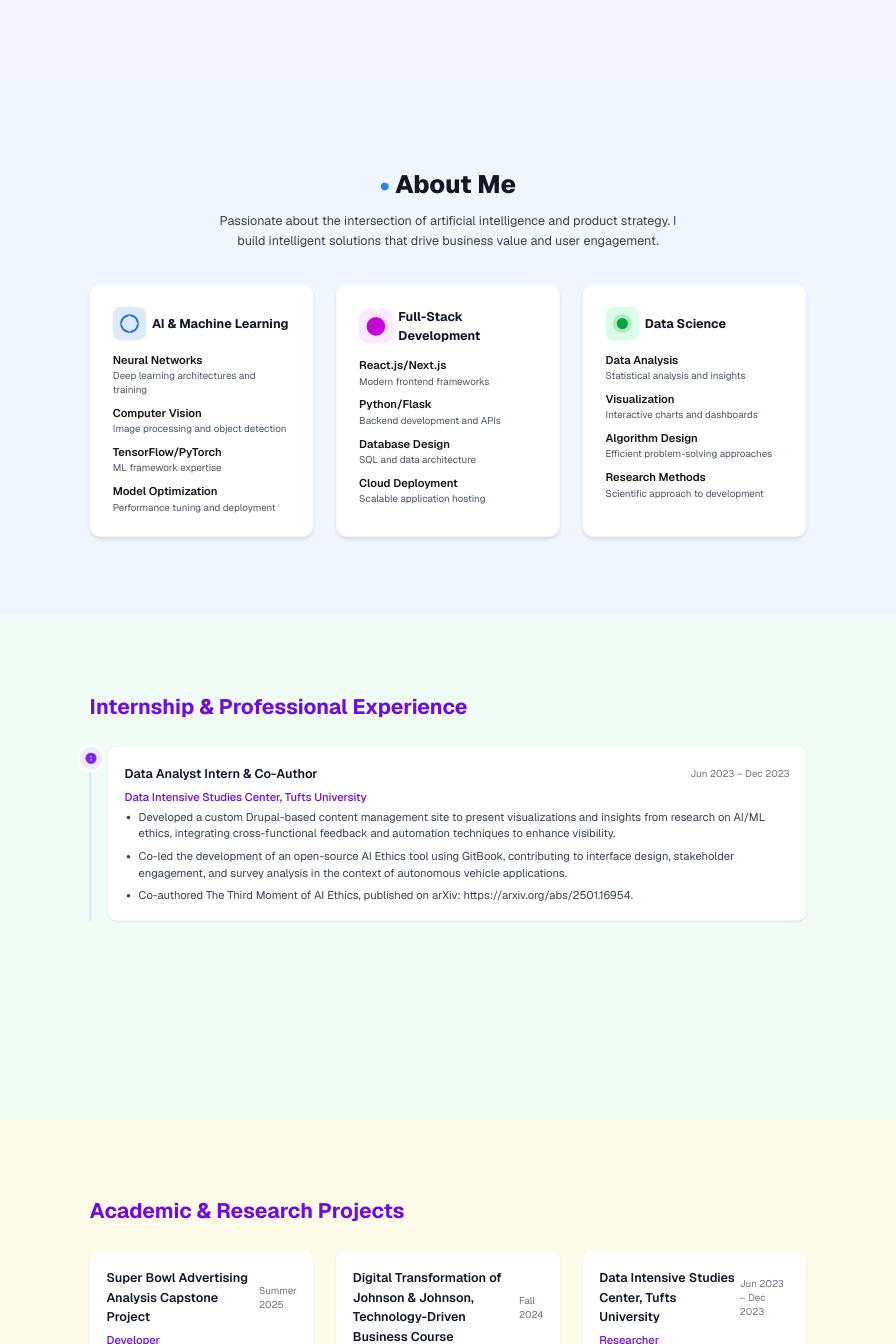
Repository: winniewyl/personal-portfolio
Page: /
These files come from the project's save history. The page is drawn as it stood at one moment and after the next save; the edit follows.
The browser window is 1280 px wide. The pictures show the part of the page from y = 685 to 2605 px (the page is 4197 px tall before and 4195 px after), at 70% of full size.
The project was rebuilt for these pictures with package versions that can differ from the ones it lists, and the page was loaded fresh each time. The framework's server and built-in components were replaced by stand-ins that run in the browser. Also part of the build but not shown: next.config.ts.

Above is the page before, as saved 2025-07-29 15:19:34.

After the next save:
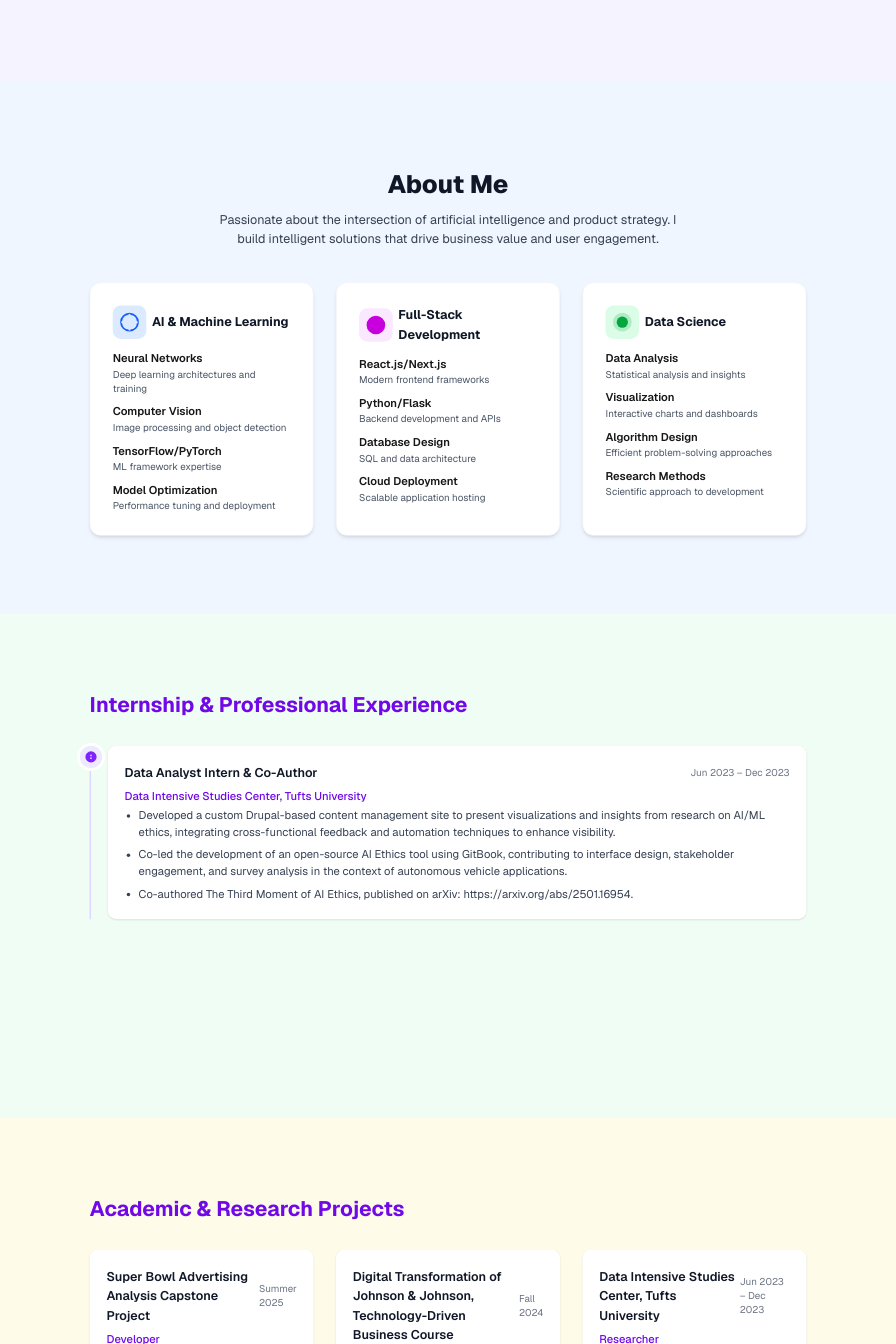
Saved 2 min 32 s later.
--- a/src/components/About.tsx
+++ b/src/components/About.tsx
@@ -76,7 +76,6 @@
 const About: React.FC = () => (
   <section className="w-full flex flex-col items-center">
     <h2 className="text-4xl font-extrabold text-center mb-4 mt-4 text-gray-900 dark:text-white">
-      <span className="inline-block align-middle mr-2 text-blue-500">•</span>
       About Me
     </h2>
     <p className="text-lg text-center text-gray-700 dark:text-gray-300 max-w-2xl mb-12">
